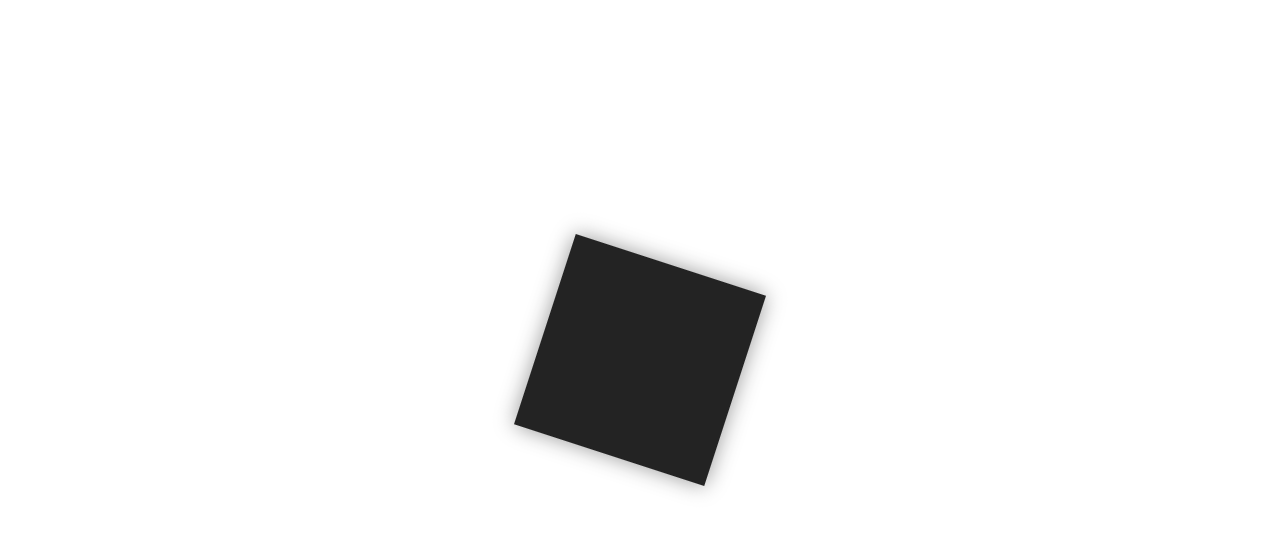
Repository: randgars/game
Page: index.html
The author's editor kept a copy of each file at every save. The page is drawn from the files as they stood at one save, then again after the next save.
The browser window is 1280 px wide. The pictures show the whole page.

Above is the page before, as saved 2017-09-29 10:10:47.

After the next save:
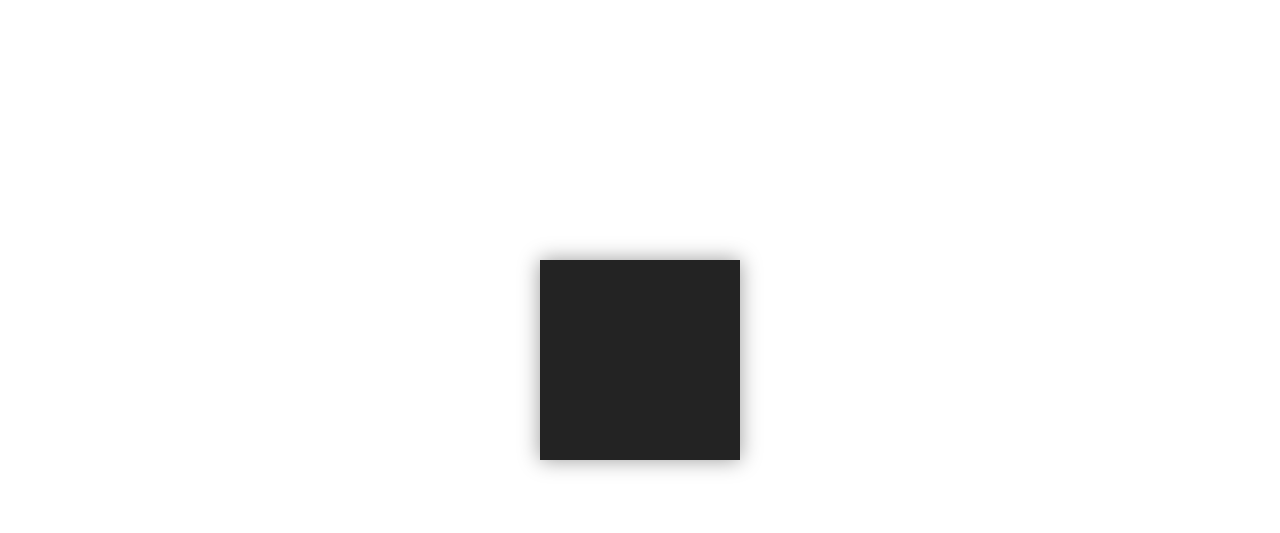
Saved 10 s later.
--- a/style.css
+++ b/style.css
@@ -12,7 +12,7 @@ body {
     background-color: rgba(35, 35, 35, 1);
     box-shadow: 0 0 20px rgba(0, 0, 0, .4);
     animation-name: spin;
-    animation-duration: 5s;
+    animation-duration: 4s;
     animation-iteration-count: infinite;
     animation-timing-function: linear;
     animation-delay: 1s;
